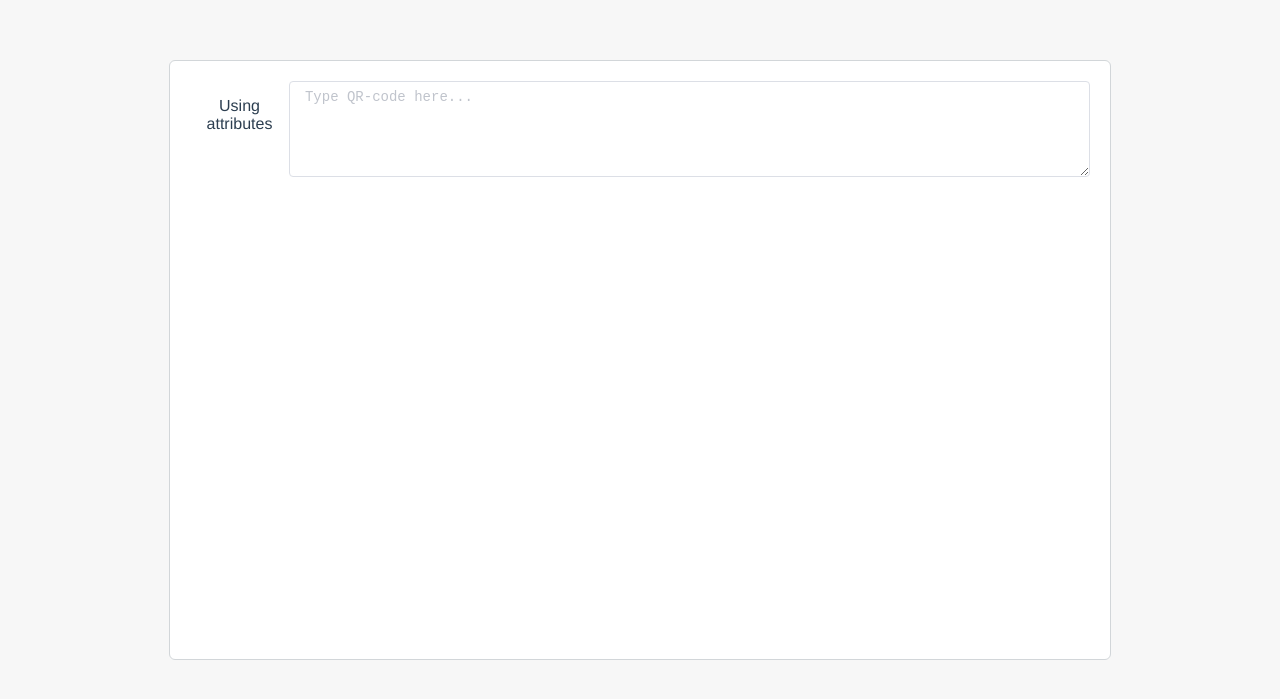
Repository: dvasyliev/qrcode_parser
Page: /
These files come from the project's save history. The page is drawn as it stood at one moment and after the next save; the edit follows.
The browser window is 1280 px wide. The pictures show the whole page.
The project was rebuilt for these pictures with package versions that can differ from the ones it lists, and the page was loaded fresh each time.

Above is the page before, as saved 2018-08-26 10:12:53.

After the next save:
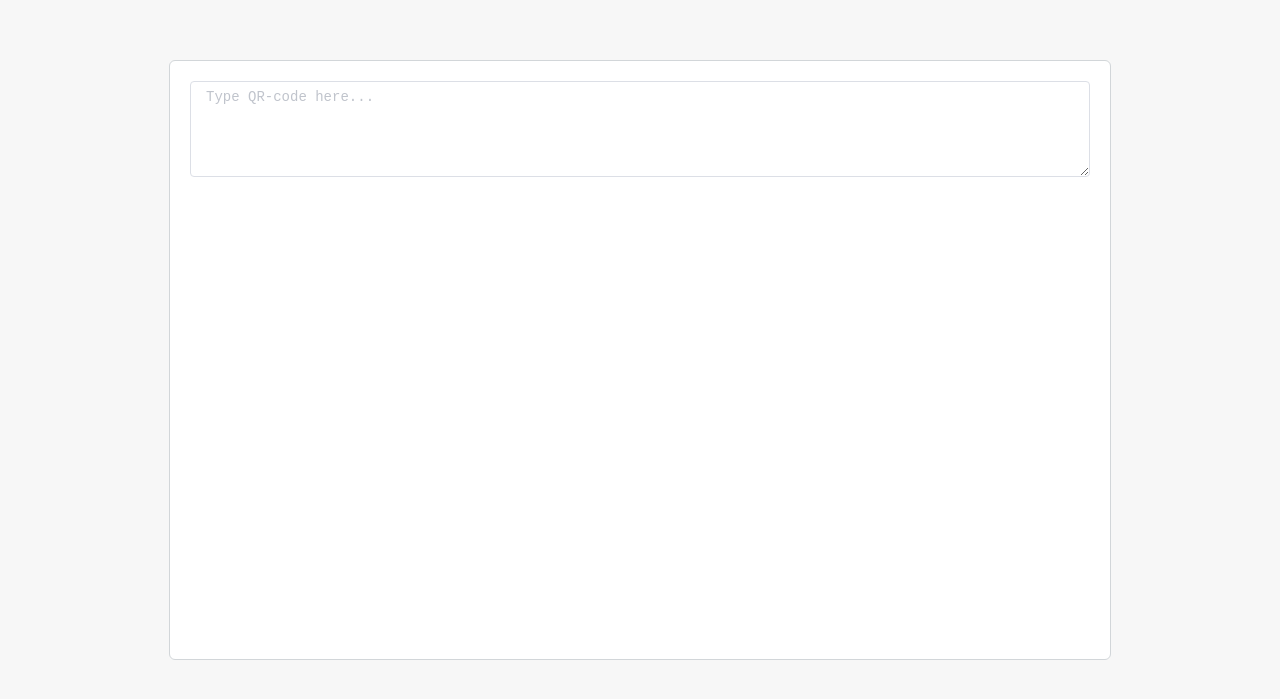
Saved 11 s later.
--- a/src/App.vue
+++ b/src/App.vue
@@ -2,7 +2,6 @@
   <div id="app">
     <div class="page">
       <div class="page__inner">
-        <p class="demo-input-label">Using attributes</p>
         <el-input
           v-model="qrcode"
           type="textarea"
